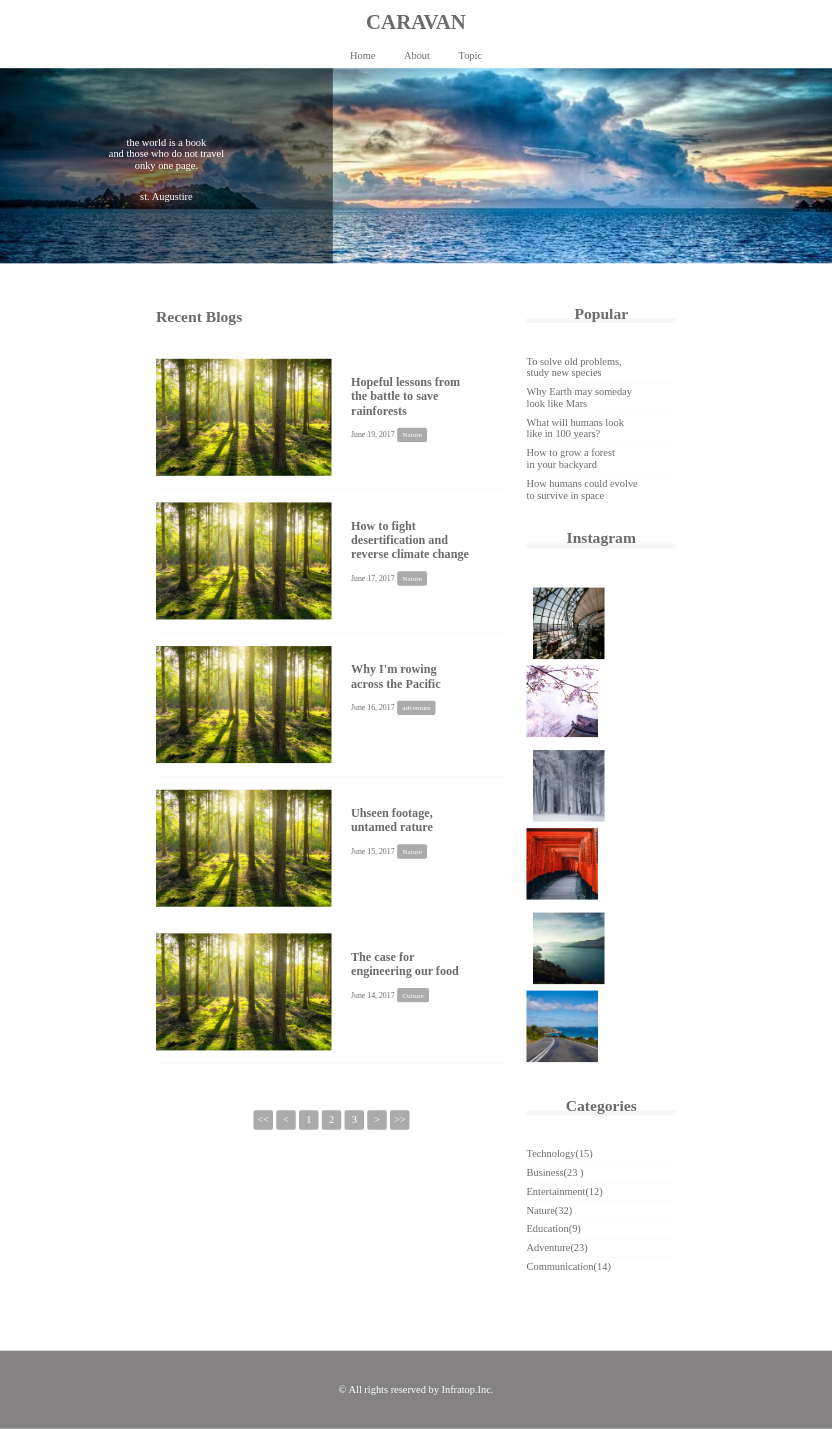
Repository: ishidaryu/ishidaryu
Page: caravan/index.html
The author's editor kept a record of every edit. The page is drawn from the files as they stood at one moment, then again after the next edit.
The browser window is 1280 px wide. The pictures show the whole page, at 65% of full size.

Above is the page before.

After the next edit:
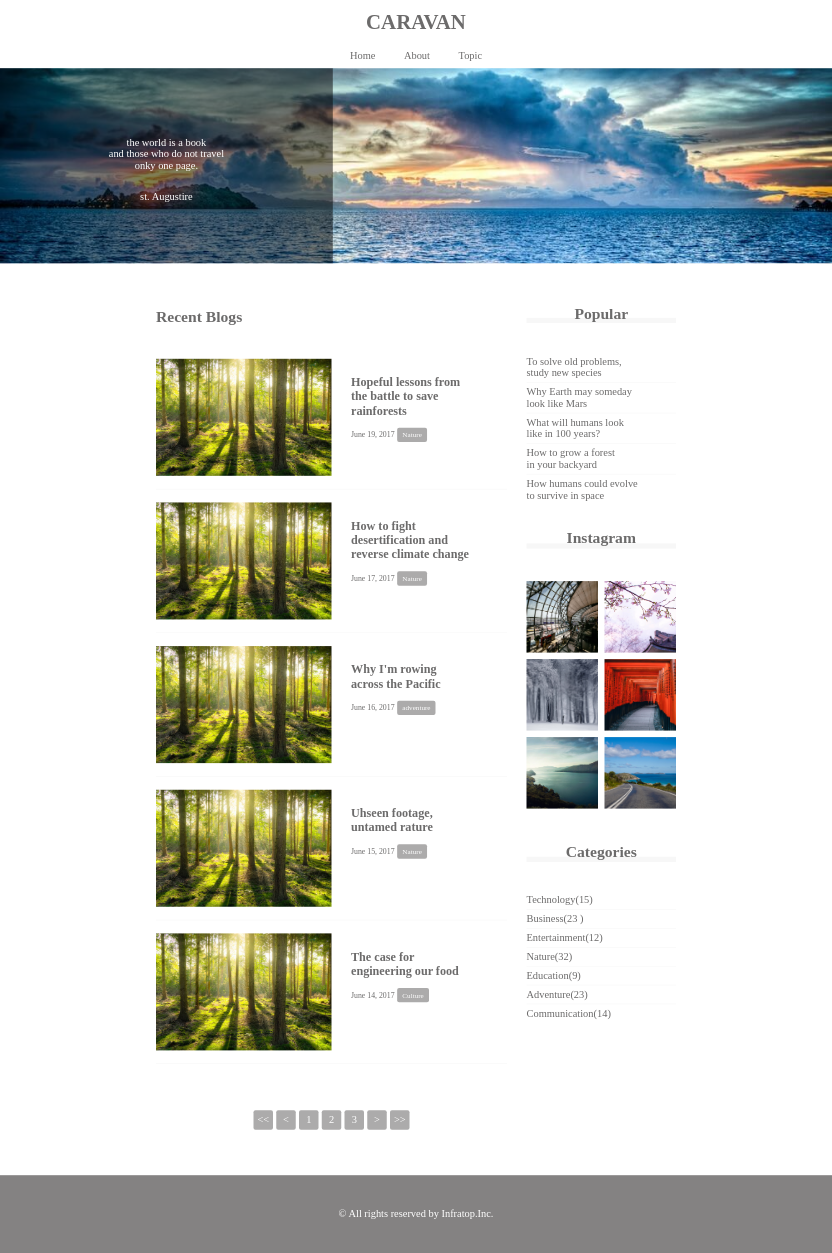
The edit:
--- a/caravan/style.css
+++ b/caravan/style.css
@@ -146,7 +146,7 @@
 .categories-text {
   padding-bottom: 5px;
   border-bottom: 1px solid #f7f7f7;
-  margin-bottom:5px;
+  margin-bottom: 5px;
 }
 
 .popular-text:last-child,
@@ -157,8 +157,8 @@
 }
 
 .instagram .sidebar-contents {
-display: flex;
-flex-wrap:wrap;
+  display: flex;
+  flex-wrap: wrap;
 }
 
 .instagram-box {
@@ -170,27 +170,33 @@
 }
 
 .instagram-box:nth-child(odd) {
-  margin: 10px;
+  margin: 0 10px 10px 0;
 }
 
 .instagram-box:nth-child(1) {
   background-image: url(img/airport.jpg);
 }
+
 .instagram-box:nth-child(2) {
   background-image: url(img/japan.jpg);
 }
+
 .instagram-box:nth-child(3) {
   background-image: url(img/snow.jpg);
 }
+
 .instagram-box:nth-child(4) {
   background-image: url(img/japan2.jpg);
 }
+
 .instagram-box:nth-child(5) {
   background-image: url(img/lake.jpg);
 }
+
 .instagram-box:nth-child(6) {
   background-image: url(img/road.jpg);
 }
+
 footer {
   width: 100%;
   height: 120px;
